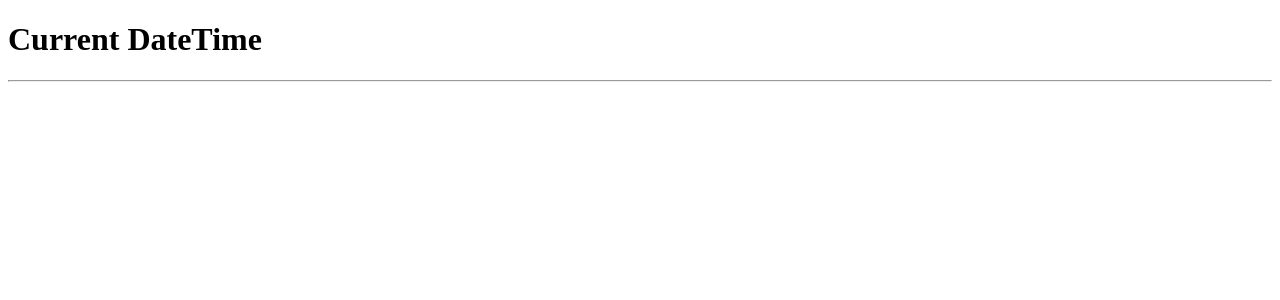
Repository: zxcvne/1400_web_nhs
Page: http://localhost/web/05_directive.jsp
The author's editor kept a copy of each file at every save. The page is drawn from the files as they stood at one save, then again after the next save.
The browser window is 1280 px wide. The pictures show the whole page.
The page is served by Tomcat 10. Other server files are loaded and not shown.

Above is the page before, as saved 2025-10-26 05:24:31.

### 05_jsp/src/web/src/main/webapp/05_directive.jsp
<%@ page language="java" contentType="text/html; charset=UTF-8"
    pageEncoding="UTF-8"%>
<%@ page info="Date Class를 이용한 현재 시간 출력" %>
<%@ page import="java.util.Date" %>
<!DOCTYPE html>
<html>
<head>
<meta charset="UTF-8">
<title>directive</title>
</head>
<body>
	<h1>Current DateTime</h1>
	<hr>
	<p></p>
</body>
</html>

After the next save:
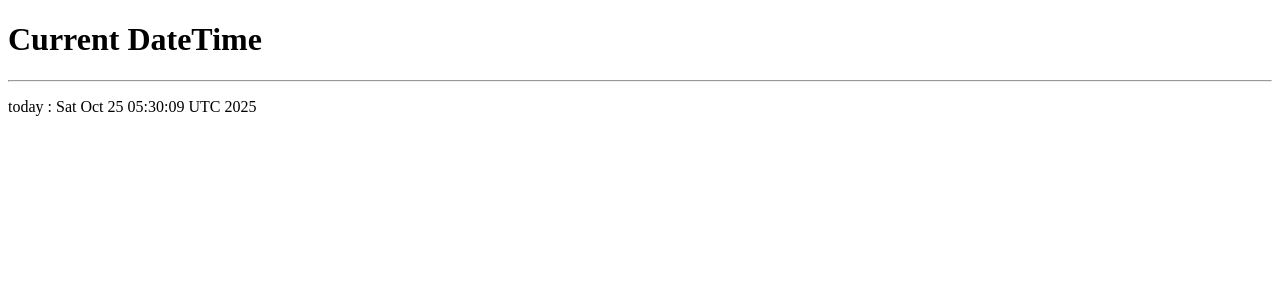
Saved 29 s later.
--- a/05_jsp/src/web/src/main/webapp/05_directive.jsp
+++ b/05_jsp/src/web/src/main/webapp/05_directive.jsp
@@ -11,6 +11,6 @@
 <body>
 	<h1>Current DateTime</h1>
 	<hr>
-	<p></p>
+	<p>today : <%= new Date() %></p>
 </body>
 </html>
